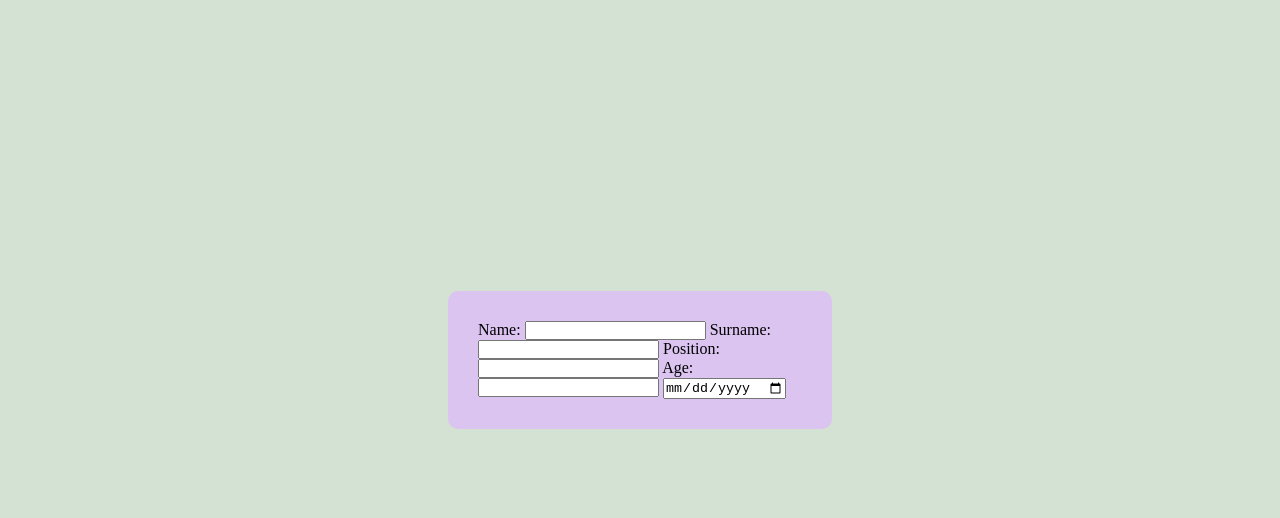
Repository: AytacSafarova/Form-lesson
Page: index.html
These files come from the project's save history. The page is drawn as it stood at one moment and after the next save; the edit follows.
The browser window is 1280 px wide. The pictures show the whole page.

Above is the page before, as saved 2023-08-29 14:37:10.

### index.html
<!DOCTYPE html>
<html lang="en">
<head>
    <meta charset="UTF-8">
    <meta name="viewport" content="width=device-width, initial-scale=1.0">
    <title>Document</title>
    <link rel="stylesheet" href="./index.css">
</head>
<body>
    <div>
        <form action="https://randomuser.me/api/">
            <label for="">
                Name:
                <input type="text">
            </label>
            <label for="">
                Surname:
                <input type="text">
            </label>
            <label for="">
                Position:
                <input type="text">
            </label>
            <label for="">
                Age:
                <input type="number">
            </label>
            <label for="">
                <input type="date">
            </label>
        </form>
    </div>
</body>
</html>

### index.css
*{
    margin: 0;
    padding: 0;
    box-sizing: border-box;
}
div{
    background-color: #D4E2D4;
   min-height: 100vh;
   width: 100%;
   display: flex;
   justify-content: center;
   align-items: center;
}
form{
    width: 30%;
    padding: 30px;
    background-color: #DBC4F0;
    border-radius: 10px;
}
label{

}

After the next save:
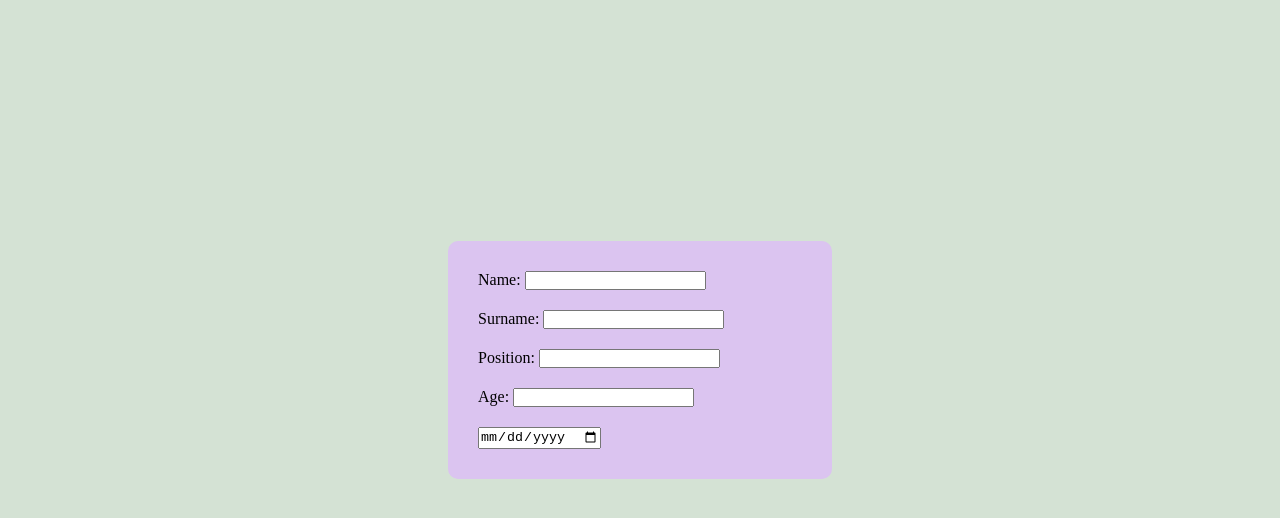
Saved 12 s later.
--- a/index.css
+++ b/index.css
@@ -16,6 +16,9 @@ form{
     padding: 30px;
     background-color: #DBC4F0;
     border-radius: 10px;
+    display: flex;
+    flex-direction: column;
+    gap: 20px;
 }
 label{
 
